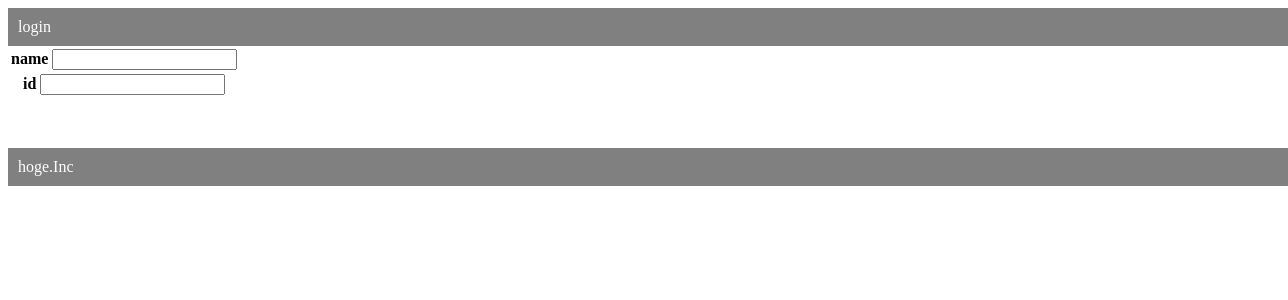
Repository: genki-iwai/curriculum
Page: http://localhost/Check3/
These files come from the project's save history. The page is drawn as it stood at one moment and after a run of saves; the edit follows.
The browser window is 1280 px wide. The page is 1288 px wide, so the pictures cover 1288 px, including what lies to the right of the window. The pictures show the whole page.
The page is served by Tomcat 9.

Above is the page before, as saved 2021-07-04 01:31:42.

### JavaStudy/Check3/WebContent/jspTest.jsp
<%@ page language="java" contentType="text/html; charset=UTF-8"
    pageEncoding="UTF-8"%>
<!DOCTYPE html PUBLIC "-//W3C//DTD HTML 4.01 Transitional//EN" "http://www.w3.org/TR/html4/loose.dtd">
<html>
<head>
<meta http-equiv="Content-Type" content="text/html; charset=UTF-8">
<link rel="styleSheet" href="css/style.css">
<title>Insert title here</title>
</head>
<body>
<%@ include file="header.jsp" %>
	<div class="main">
		<table>
			<tr>
				<th>name <input type = "text"></th>
			</tr>
			<tr>
				<th>id <input type = "text"></th>
			</tr>
		</table>
	</div>
<%@ include file="footer.jsp" %>
</body>
</html>

### JavaStudy/Check3/WebContent/header.jsp
<%@ page language="java" contentType="text/html; charset=UTF-8"
    pageEncoding="UTF-8"%>
<!DOCTYPE html PUBLIC "-//W3C//DTD HTML 4.01 Transitional//EN" "http://www.w3.org/TR/html4/loose.dtd">
<html>
<head>
<meta http-equiv="Content-Type" content="text/html; charset=UTF-8">
<title>Insert title here</title>
</head>
<body>
	<div class="header">
		<label class="login">login</label>
	</div>
</body>
</html>

### JavaStudy/Check3/WebContent/footer.jsp
<%@ page language="java" contentType="text/html; charset=UTF-8"
    pageEncoding="UTF-8"%>
<!DOCTYPE html PUBLIC "-//W3C//DTD HTML 4.01 Transitional//EN" "http://www.w3.org/TR/html4/loose.dtd">
<html>
<head>
<meta http-equiv="Content-Type" content="text/html; charset=UTF-8">
<title>Insert title here</title>
</head>
<body>
	<div class="footer">
		<label class="footer-1">hoge.Inc</label>
	</div>

</body>
</html>

### JavaStudy/Check3/WebContent/css/style.css
@CHARSET "UTF-8";

body {
	width: 100%;
	height: 100%;
}

.header {
	background-color: gray;
}
.login {
	display: inline-block;
	padding: 10px;
	color: white;
}
.main {
	paddding-top: 50px;
	padding-bottom: 50px;
}
.footer {
	background-color: gray;
}
.footer-1 {
	display: inline-block;
	padding: 10px;
	color: white;
}

After the next 4 saves:
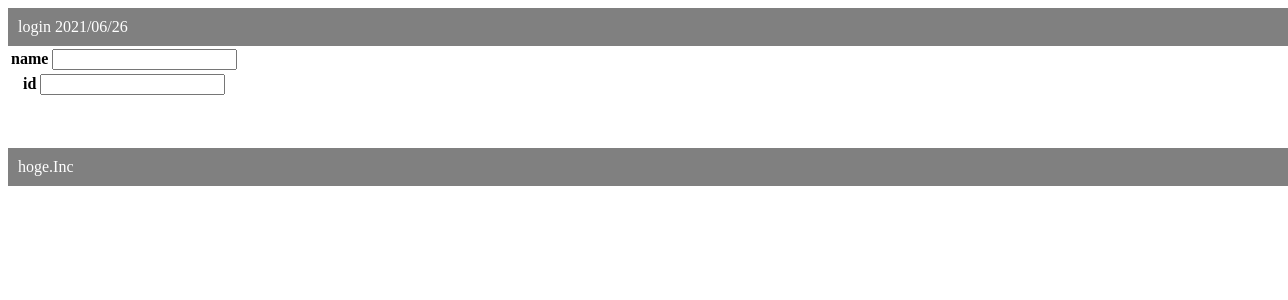
The 4 saves are shown as one change because 3 did not build or start.
The last was saved 14 min 53 s later.
--- a/JavaStudy/Check3/WebContent/header.jsp
+++ b/JavaStudy/Check3/WebContent/header.jsp
@@ -1,5 +1,6 @@
 <%@ page language="java" contentType="text/html; charset=UTF-8"
     pageEncoding="UTF-8"%>
+<%@ page import="java.util.*,java.text.SimpleDateFormat" %>
 <!DOCTYPE html PUBLIC "-//W3C//DTD HTML 4.01 Transitional//EN" "http://www.w3.org/TR/html4/loose.dtd">
 <html>
 <head>
@@ -8,7 +9,13 @@
 </head>
 <body>
 	<div class="header">
-		<label class="login">login</label>
+		<label class="login">login
+			<% Date date = new Date();
+				SimpleDateFormat sdf = new SimpleDateFormat("yyyy/MM/dd");
+				String formatDate = sdf.format(date);
+				out.print(formatDate);
+			 %>
+		</label>
 	</div>
 </body>
 </html>
